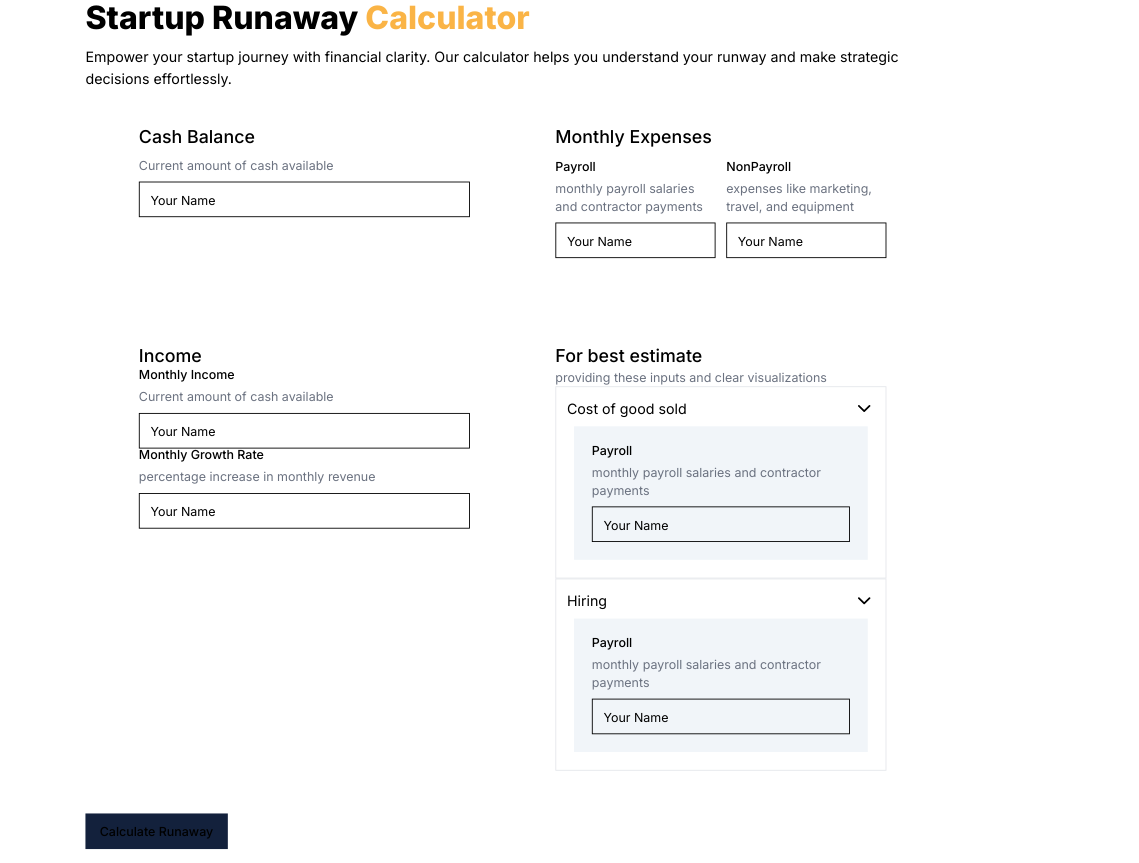
Repository: wossenF/startup-runaway-calculator
Page: /
The author's editor kept a copy of each file at every save. The page is drawn from the files as they stood at one save, then again after a run of saves.
The browser window is 1280 px wide. The pictures show the whole page, at 89% of full size.
The project was rebuilt for these pictures with package versions that can differ from the ones it lists, and the page was loaded fresh each time. The framework's server and built-in components were replaced by stand-ins that run in the browser. Also part of the build but not shown: next.config.mjs.

Above is the page before, as saved 2024-04-08 14:14:51.

### src/app/page.tsx
import UserInput from "../components/UserInput";
import {Button} from '../components/ui/button'
export default function Home() {
  return (
    <main className="ml-24 w-3/4 mx-auto">
      <h1 className="font-extrabold text-4xl">Startup Runaway <span className="text-[#FAB446]">Calculator</span></h1>
      <p className="mx-auto max-w-screen-md lg:max-w-screen-lg xl:max-w-screen-xl p-3 pl-0">Empower your startup journey with financial clarity. Our calculator  helps you understand your runway and make strategic decisions  effortlessly.</p>
      <UserInput/>
      <Button className="mb-4">Calculate Runaway</Button>
    </main>
  );
}

### src/components/UserInput.tsx
"use client";
import { Input } from "./ui/input";
import { Label } from "./ui/label";
import { ChevronDown } from "lucide-react";
import { Button } from "./ui/button";
const UserInput = () => {
  return (
    <>
      <div className="container grid grid-cols-1 lg:grid-cols-2 gap-10 pb-5">
        <div className="bg-secondary/50 rounded-lg p-7  ">
          <form className="grid gap-2">
            <Label className="font-medium text-xl">Cash Balance</Label>
            <p className="text-gray-500 text-sm ">
              Current amount of cash available
            </p>
            <Input name="name" placeholder="Your Name" />
          </form>
        </div>

        <div className=" bg-secondary/50 rounded-lg p-7  grid gap-2">
          <Label className="font-medium text-xl">Monthly Expenses</Label>
          <div className="grid grid-cols-2 gap-3 pt-1">
            <div>
              <form className="grid gap-2">
                <Label className="">Payroll</Label>
                <p className="text-gray-500 text-sm ">
                  monthly payroll salaries and contractor payments
                </p>
                <Input name="name" placeholder="Your Name" />
              </form>
            </div>
            <div>
              <form className="grid gap-2">
                <Label className="">NonPayroll</Label>
                <p className="text-gray-500 text-sm ">
                  expenses like marketing, travel, and equipment
                </p>
                <Input name="name" placeholder="Your Name" />
              </form>
            </div>
          </div>
        </div>

        <div className=" bg-secondary/50 rounded-lg p-7">
          <Label className="font-medium text-xl">Income</Label>

          <form className="grid gap-2">
            <Label className="">Monthly Income</Label>
            <p className="text-gray-500 text-sm ">
              Current amount of cash available
            </p>
            <Input name="name" placeholder="Your Name" />
          </form>

          <form className="grid gap-2">
            <Label className="">Monthly Growth Rate</Label>
            <p className="text-gray-500 text-sm ">
              percentage increase in monthly revenue
            </p>
            <Input name="name" placeholder="Your Name" />
          </form>
        </div>

        {/* optional parameters */}
        <div className="bg-secondary/50 rounded-lg p-7  ">
          <Label className="font-medium text-xl">For best estimate</Label>
          <p className="text-gray-500 text-sm ">
            providing these inputs and clear visualizations
          </p>
          {/* cost of goods input area */}
          <div className="p-3 gap-20 border rounded-md  ">
            <div className="flex justify-between ">
              <p>Cost of good sold</p>
              <ChevronDown />
            </div>

            <div className=" p-5 bg-slate-100 m-2">
              <form className="grid gap-2">
                <Label className="">Payroll</Label>
                <p className="text-gray-500 text-sm ">
                  monthly payroll salaries and contractor payments
                </p>
                <Input name="name" placeholder="Your Name" />
              </form>
            </div>
          </div>

          {/*  income growth rate chart */}
          <div className="p-3 gap-20 border rounded-md  ">
            <div className="flex justify-between ">
              <p>Hiring</p>
              <ChevronDown />
            </div>

            <div className=" p-5 bg-slate-100 m-2">
              <form className="grid gap-2">
                <Label className="">Payroll</Label>
                <p className="text-gray-500 text-sm ">
                  monthly payroll salaries and contractor payments
                </p>
                <Input name="name" placeholder="Your Name" />
              </form>
            </div>
          </div>

          {/*  */}
        </div>
      </div>
    </>
  );
};

export default UserInput;

### src/components/ui/button.tsx
import * as React from "react"
import { Slot } from "@radix-ui/react-slot"
import { cva, type VariantProps } from "class-variance-authority"

import { cn } from "@/lib/utils"

const buttonVariants = cva(
  "inline-flex items-center justify-center whitespace-nowrap text-sm font-medium ring-offset-background transition-colors focus-visible:outline-none focus-visible:ring-2 focus-visible:ring-ring focus-visible:ring-offset-2 disabled:pointer-events-none disabled:opacity-50",
  {
    variants: {
      variant: {
        default: "bg-[#13213C] text-primary-foreground hover:bg-primary/90",
        destructive:
          "bg-destructive text-destructive-foreground hover:bg-destructive/90",
        outline:
          "border border-input bg-background hover:bg-accent hover:text-accent-foreground",
        secondary:
          "bg-secondary text-secondary-foreground hover:bg-secondary/80",
        ghost: "hover:bg-accent hover:text-accent-foreground",
        link: "text-primary underline-offset-4 hover:underline",
      },
      size: {
        default: "h-10 px-4 py-2",
        sm: "h-9 rounded-md px-3",
        lg: "h-11 rounded-md px-8",
        icon: "h-10 w-10",
      },
    },
    defaultVariants: {
      variant: "default",
      size: "default",
    },
  }
)

export interface ButtonProps
  extends React.ButtonHTMLAttributes<HTMLButtonElement>,
    VariantProps<typeof buttonVariants> {
  asChild?: boolean
}

const Button = React.forwardRef<HTMLButtonElement, ButtonProps>(
  ({ className, variant, size, asChild = false, ...props }, ref) => {
    const Comp = asChild ? Slot : "button"
    return (
      <Comp
        className={cn(buttonVariants({ variant, size, className }))}
        ref={ref}
        {...props}
      />
    )
  }
)
Button.displayName = "Button"

export { Button, buttonVariants }

### src/components/ui/input.tsx
import * as React from "react"

import { cn } from "@/lib/utils"

export interface InputProps
  extends React.InputHTMLAttributes<HTMLInputElement> {}

const Input = React.forwardRef<HTMLInputElement, InputProps>(
  ({ className, type, ...props }, ref) => {
    return (
      <input
        type={type}
        className={cn(
          "flex h-10 w-full rounded-md border border-input bg-background px-3 py-2 text-sm ring-offset-background file:border-0 file:bg-transparent file:text-sm file:font-medium placeholder:text-muted-foreground focus-visible:outline-none focus-visible:ring-2 focus-visible:ring-ring focus-visible:ring-offset-2 disabled:cursor-not-allowed disabled:opacity-50",
          className
        )}
        ref={ref}
        {...props}
      />
    )
  }
)
Input.displayName = "Input"

export { Input }

### src/components/ui/label.tsx
"use client"

import * as React from "react"
import * as LabelPrimitive from "@radix-ui/react-label"
import { cva, type VariantProps } from "class-variance-authority"

import { cn } from "@/lib/utils"

const labelVariants = cva(
  "text-sm font-medium leading-none peer-disabled:cursor-not-allowed peer-disabled:opacity-70"
)

const Label = React.forwardRef<
  React.ElementRef<typeof LabelPrimitive.Root>,
  React.ComponentPropsWithoutRef<typeof LabelPrimitive.Root> &
    VariantProps<typeof labelVariants>
>(({ className, ...props }, ref) => (
  <LabelPrimitive.Root
    ref={ref}
    className={cn(labelVariants(), className)}
    {...props}
  />
))
Label.displayName = LabelPrimitive.Root.displayName

export { Label }

Loaded but not shown: src/app/layout.tsx (common file); src/app/globals.css (common file); src/lib/utils.ts (common file); tailwind.config.ts (common file)

After the next 4 saves:
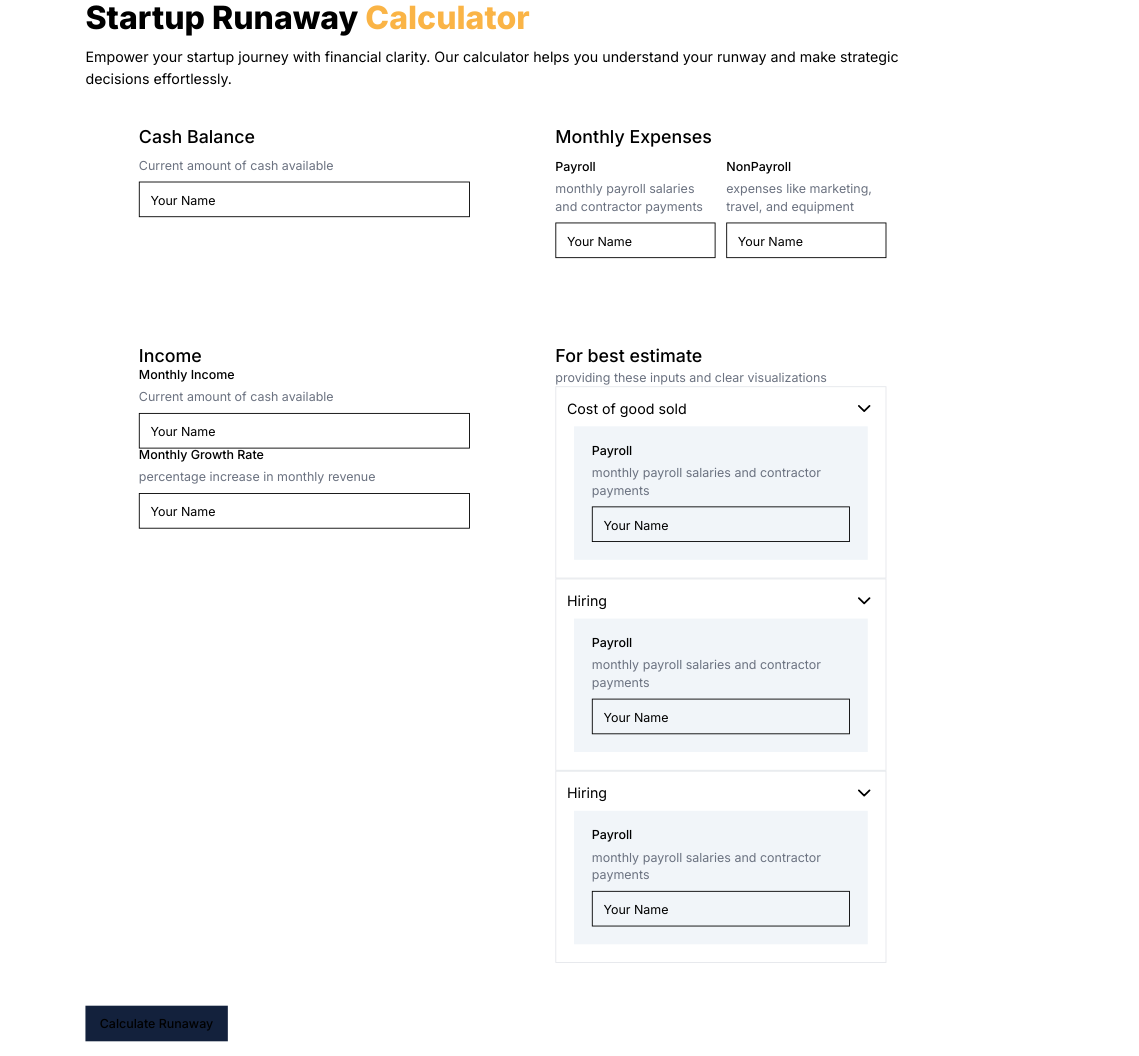
The 4 saves are shown as one change because they came seconds apart.
The last was saved 10 s later.
--- a/src/components/UserInput.tsx
+++ b/src/components/UserInput.tsx
@@ -104,6 +104,24 @@ const UserInput = () => {
           </div>
 
           {/*  */}
+          <div className="p-3 gap-20 border rounded-md  ">
+            <div className="flex justify-between ">
+              <p>Hiring</p>
+              <ChevronDown />
+            </div>
+
+            <div className=" p-5 bg-slate-100 m-2">
+              <form className="grid gap-2">
+                <Label className="">Payroll</Label>
+                <p className="text-gray-500 text-sm ">
+                  monthly payroll salaries and contractor payments
+                </p>
+                <Input name="name" placeholder="Your Name" />
+              </form>
+            </div>
+          </div>
+
+          {/*  */}
         </div>
       </div>
     </>
